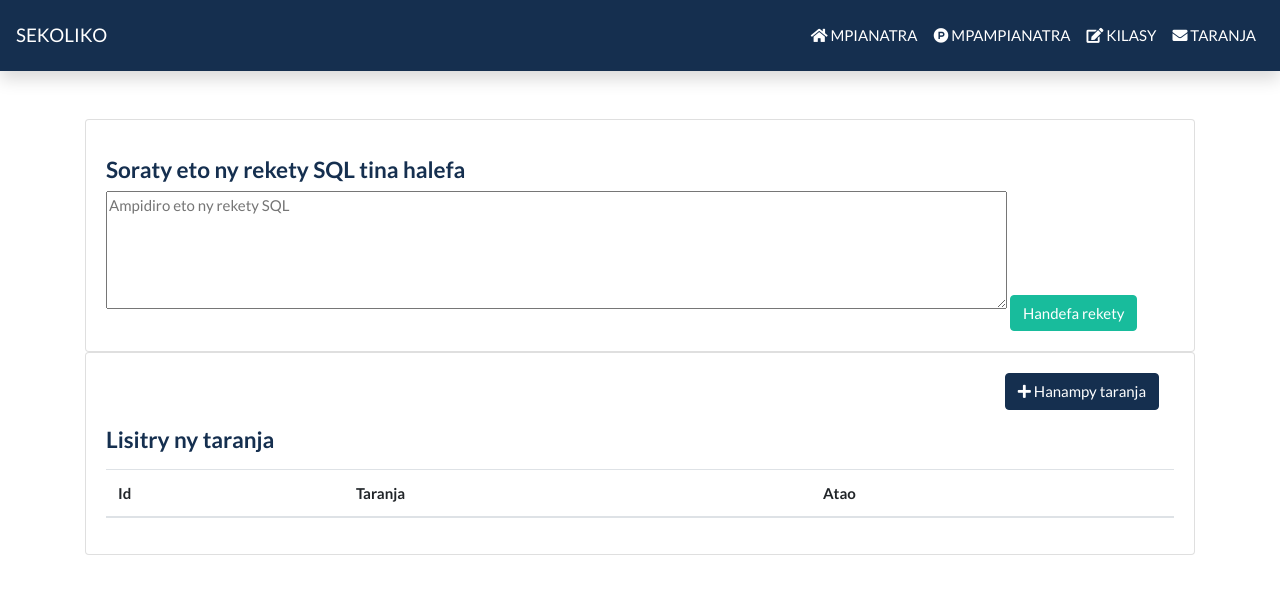
Repository: niainamahefa/j2ee-sekoliko
Page: http://localhost/Ecole/matiere
These files come from the project's save history. The page is drawn as it stood at one moment and after the next save; the edit follows.
The browser window is 1280 px wide. The pictures show the whole page.
The page is served by Tomcat 9. Other server files are loaded and not shown. Queries for data that is not in the repository find no rows.

Above is the page before, as saved 2021-02-04 19:27:30.

### Ecole/WebContent/WEB-INF/matiere.jsp
<%@ page language="java" contentType="text/html; charset=ISO-8859-1"
    pageEncoding="ISO-8859-1"%>
<%@ taglib uri="http://java.sun.com/jsp/jstl/core" prefix="c" %>
<!DOCTYPE html>
<html>
<head>
<meta charset="ISO-8859-1">
<title>Sekoliko</title>
    <!-- Bootstrap core CSS -->
	<link href="./assets/css/bootstrap.min.css" rel="stylesheet">
	  <link href="./assets/fontawesome-free/css/all.min.css" rel="stylesheet" type="text/css">
</head>
<body>
	<nav class="navbar navbar-expand-lg  navbar-dark  bg-primary  shadow container-fluid">

            <a class="navbar-brand lnav" href="#" data-scroll="acceuill">SEKOLIKO</a>
            <button class="navbar-toggler" type="button" data-toggle="collapse" data-target="#navbarNav" aria-controls="navbarNav" aria-expanded="false" aria-label="Toggle navigation">
                <span class="navbar-toggler-icon"></span>
            </button>
            <div class="collapse navbar-collapse " id="navbarNav">
                <ul class="navbar-nav ml-auto">
                  <li class="nav-item">
                    <a class="nav-link lnav" href="accueil" data-scroll="acceuill"><i class="fas fa-home "></i> MPIANATRA <span class="sr-only">(current)</span></a>
                </li>
                <li class="nav-item">
                    <a class="nav-link lnav" href="professeur" data-scroll="produit"><i class="fab fa-product-hunt"></i> MPAMPIANATRA</a>
                </li>
                <li class="nav-item">
                        <a class="nav-link lnav" href="classe" data-scroll="inscription"><i class ="fa fa-edit"></i> KILASY</a>
                    </li>
                <li class="nav-item">
                    <a class="nav-link lnav" href="matiere" data-scroll="contact"><i class ="fa fa-envelope"></i> TARANJA</a>
                </li>
            </ul>
        </div>
    </nav>

    <div class="container mt-5">
    	<div class="card">
    		<div class="card-body">
    			<h4 class="text-primary mt-3 font-weight-bold">Soraty eto ny rekety SQL tina halefa </h4>
    			<textarea name="" id="" cols="110" rows="5" placeholder="Ampidiro eto ny rekety SQL"></textarea>
				<button class="btn btn-success mt-3" type="submit"> Handefa rekety
		        </button>
    		</div>
    	</div>

    	<div class="card">
    		<div class="card-body">
    		 <div class="container text-right">
    		 	<a href="<%= request.getContextPath()%>/nouveau" class="btn btn-primary"  ><i class ="fas fa-plus"></i> Hanampy taranja</a>
    		 </div>
    			<table class="table mt-3 " id="table_charge">
    			<h4 class="text-primary mt-3 font-weight-bold">Lisitry ny taranja </h4>
                    <thead>
                        <tr>
                            <th>Id</th>
                            <th>Taranja</th>
                            <th>Atao</th>
                        </tr>
                    </thead>
                    <tbody>
                       <c:forEach var="matiere" items="${listMatiere }">
                            <tr>
                           		 <td><c:out value="${matiere.mat_id }"/></td>
                                <td><c:out value="${matiere.mat_nom }"/></td>
                                <td>
                                <a class="btn btn-sm btn-success" href="editer?mat_id=<c:out value="${matiere.mat_id }"/>" ><i class="fas fa-edit"></i></a>
                                <a class="btn btn-sm btn-danger" href="supprimer?mat_id=<c:out value="${matiere.mat_id }"/>" ><i class="fas fa-trash"></i></a>
                                </td>
                            </tr>
                   		</c:forEach>
                    </tbody>
                </table>
    		</div>
    	</div>
    </div>

</body>
</html>

### Ecole/src/com/ecole/servlet/MatiereServlet.java
package com.ecole.servlet;

import java.io.IOException;
import java.sql.SQLException;
import java.util.ArrayList;
import java.util.List;
import javax.servlet.RequestDispatcher;
import javax.servlet.ServletException;
import javax.servlet.annotation.WebServlet;
import javax.servlet.http.HttpServlet;
import javax.servlet.http.HttpServletRequest;
import javax.servlet.http.HttpServletResponse;

import com.ecole.dao.MatiereDao;
import com.ecole.model.Matiere;

/**
 * Servlet implementation class MatiereServlet
 */
@WebServlet("/MatiereServlet")
public class MatiereServlet extends HttpServlet {
	private static final long serialVersionUID = 1L;

	private MatiereDao matiereDao;

    /**
     * @see HttpServlet#HttpServlet()
     */
    public MatiereServlet() {
        super();
        // TODO Auto-generated constructor stub
    }

    public void init()  throws ServletException {
    	matiereDao = new MatiereDao();
    }

    /**
	 * @see HttpServlet#doPost(HttpServletRequest request, HttpServletResponse response)
	 */
	protected void doPost(HttpServletRequest request, HttpServletResponse response) throws ServletException, IOException {
		// TODO Auto-generated method stub
		doGet(request, response);
	}

	/**
	 * @see HttpServlet#doGet(HttpServletRequest request, HttpServletResponse response)
	 */
	protected void doGet(HttpServletRequest request, HttpServletResponse response) throws ServletException, IOException {
		// TODO Auto-generated method stub
		response.getWriter().append("Served at: ").append(request.getContextPath());

		String action = request.getServletPath();

		switch (action) {
		case "/nouveau":
			showAddForm(request, response);
			break;

		case "/inserer":
			try {
				insertMatiere(request, response);
			} catch (SQLException e) {
				// TODO Auto-generated catch block
				e.printStackTrace();
			} catch (IOException e) {
				// TODO Auto-generated catch block
				e.printStackTrace();
			}
			break;

		case "/editer":
			showEditForm(request, response);
			break;

		case "/supprimer":
			try {
				deleteMatiere(request, response);
			} catch (SQLException e) {
				// TODO Auto-generated catch block
				e.printStackTrace();
			} catch (IOException e) {
				// TODO Auto-generated catch block
				e.printStackTrace();
			}
			break;

		case "/modifier":
			updateMatiere(request, response);
			break;

			default:
				listMatiere(request, response);
				break;

		}

	}

	private void showAddForm(HttpServletRequest request, HttpServletResponse response)
			throws ServletException, IOException
	{
		 request.getRequestDispatcher("/WEB-INF/matiere-form.jsp").forward(request, response);
	}

	// INSERT MATIERE
	private void insertMatiere(HttpServletRequest request, HttpServletResponse response)
			throws SQLException, IOException
	{
		String mat_nom = request.getParameter("mat_nom");
		Matiere matiere = new Matiere(mat_nom);
		matiereDao.insertMatiere(matiere);
		response.sendRedirect("matiere");

	}

	// DELETE MATIERE
	private void deleteMatiere(HttpServletRequest request, HttpServletResponse response)
			throws SQLException, IOException
	{
		int mat_id = Integer.parseInt(request.getParameter("mat_id"));

		try {
			matiereDao.deleteMatiere(mat_id);
		} catch (Exception e) {
			// TODO: handle exception
			e.printStackTrace();
		}

		response.sendRedirect("matiere");
	}

	// EDIT MATIERE
	private void showEditForm(HttpServletRequest request, HttpServletResponse response)
			throws ServletException, ServletException, IOException
	{

		int mat_id = Integer.parseInt(request.getParameter("mat_id"));

		Matiere existingMatiere;

		try {
			existingMatiere = matiereDao.selectMatiere(mat_id);
			RequestDispatcher dispatcher = request.getRequestDispatcher("/WEB-INF/accueil.jsp");
			request.setAttribute("matiere", existingMatiere);
		} catch (Exception e) {
			e.printStackTrace();
		}
	}

	// UPDATE
	private void updateMatiere(HttpServletRequest request, HttpServletResponse response)
			throws ServletException, ServletException, IOException
	{
		int mat_id = Integer.parseInt(request.getParameter("mat_id"));
		String mat_nom = request.getParameter("mat_nom");

		Matiere matiere = new Matiere(mat_nom);
		matiereDao.updateMatiere(matiere);
		response.sendRedirect("matiere");

	}

	//DEFAULT
	private void listMatiere(HttpServletRequest request, HttpServletResponse response)
			throws ServletException, ServletException, IOException {

		try {
			List<Matiere> listMatiere = matiereDao.selectAllMatiere();
			request.setAttribute("listMatiere", listMatiere);
			request.getRequestDispatcher("/WEB-INF/matiere.jsp").forward(request, response);

		} catch (Exception e) {
			e.printStackTrace();
		}
	}


}

Loaded but not shown: Ecole/WebContent/assets/css/bootstrap.min.css (library); Ecole/WebContent/assets/fontawesome-free/css/all.min.css (library)

After the next save:
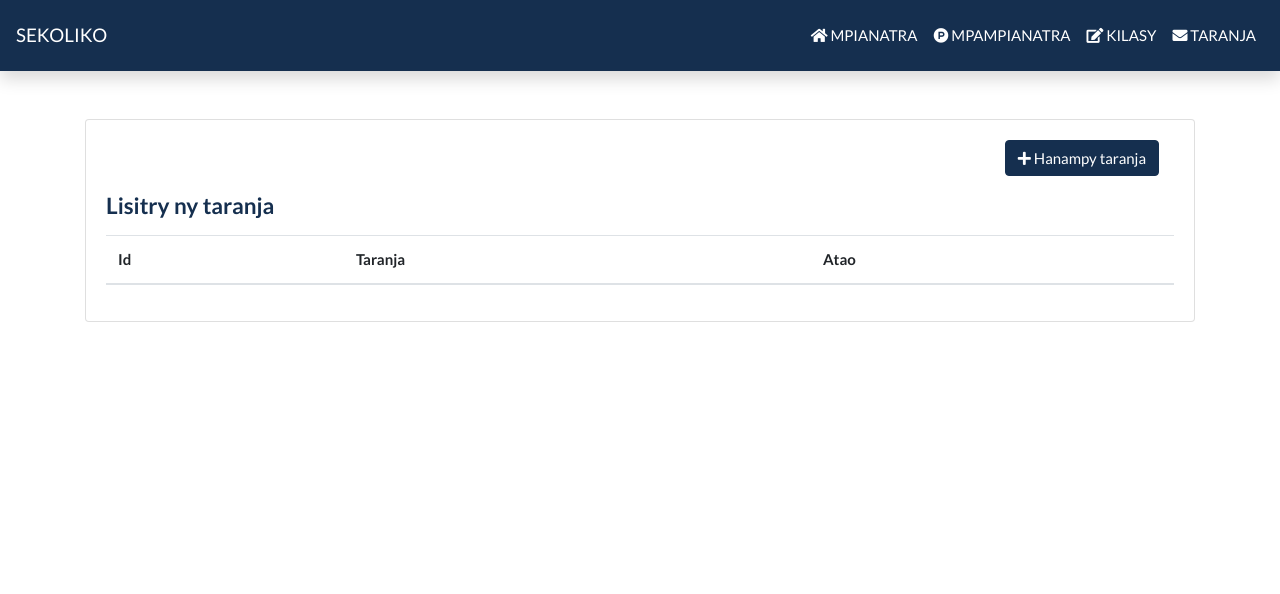
Saved 91 s later.
--- a/Ecole/WebContent/WEB-INF/matiere.jsp
+++ b/Ecole/WebContent/WEB-INF/matiere.jsp
@@ -38,15 +38,6 @@
     <div class="container mt-5">
     	<div class="card">
     		<div class="card-body">
-    			<h4 class="text-primary mt-3 font-weight-bold">Soraty eto ny rekety SQL tina halefa </h4>
-    			<textarea name="" id="" cols="110" rows="5" placeholder="Ampidiro eto ny rekety SQL"></textarea>
-				<button class="btn btn-success mt-3" type="submit"> Handefa rekety
-		        </button>
-    		</div>
-    	</div>
-
-    	<div class="card">
-    		<div class="card-body">
     		 <div class="container text-right">
     		 	<a href="<%= request.getContextPath()%>/nouveau" class="btn btn-primary"  ><i class ="fas fa-plus"></i> Hanampy taranja</a>
     		 </div>
